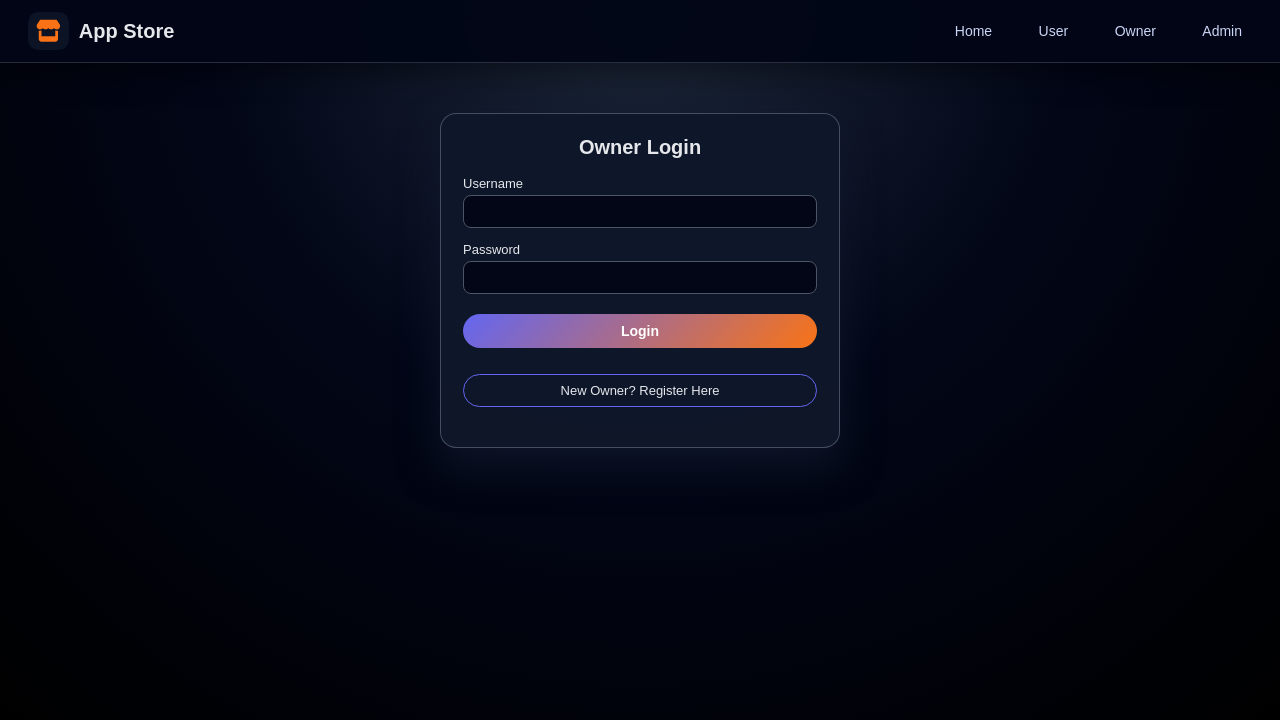
Repository: Harsh91400/Capstone_Project
Page: http://localhost/frontend-service/WEB-INF/views/owner-login.jsp
An editor plug-in stored every save of this project. The page is shown before and after the next save, followed by the edit.
The browser window is 1280 px wide. The pictures show the whole page.
The page is served by Tomcat 9. Nobody is signed in. Other server files are loaded and not shown. The template is opened directly, without the code that normally fills it, so the values that code supplies are empty.

Above is the page before, as saved 2025-12-05 17:09:52.

### spring-eureka-project/frontend-service/src/main/webapp/WEB-INF/views/owner-login.jsp
<%@ taglib uri="http://java.sun.com/jsp/jstl/core" prefix="c" %>
<%@ page contentType="text/html;charset=UTF-8" language="java" %>
<html>
<head>
    <title>Owner Login</title>
    <style>
        body {
            font-family: 'Poppins', sans-serif;
            background: radial-gradient(circle at top, #1e293b 0, #020617 45%, #000 100%);
            margin: 0;
            color: #e5e7eb;
        }
        .container { max-width: 400px; margin: 50px auto; padding: 0 16px; }
        .card {
            background: rgba(15,23,42,0.96);
            border-radius: 16px;
            padding: 22px 22px 24px;
            box-shadow: 0 18px 40px rgba(15,23,42,0.9);
            border: 1px solid rgba(148,163,184,0.4);
        }
        h2 { margin-top: 0; text-align: center; font-size: 20px; }
        .form-group { margin-bottom: 14px; }
        label { font-size: 13px; display: block; margin-bottom: 4px; }
        input[type="text"], input[type="password"] {
            width: 100%; padding: 8px 10px; border-radius: 8px;
            border: 1px solid #4b5563; background: #020617; color:#e5e7eb; font-size:13px;
        }
        input:focus { outline:none; border-color:#6366f1; box-shadow:0 0 0 1px #6366f1; }
        .btn-primary {
            width: 100%; border:none; border-radius:999px; padding:9px 0;
            font-size:14px; background:linear-gradient(135deg,#6366f1,#f97316);
            color:white; cursor:pointer; font-weight:600; margin-top:6px;
        }
        .btn-secondary {
            width:100%; border:1px solid #6366f1; border-radius:999px;
            padding:8px 0; font-size:13px; background:transparent;
            color:#e5e7eb; cursor:pointer; margin-top:10px;
        }
        .msg { margin-bottom:10px; font-size:12px; color:#fca5a5; text-align:center; }
    </style>
</head>
<body>

<jsp:include page="navbar.jsp"/>

<div class="container">
    <div class="card">
        <h2>Owner Login</h2>

        <c:if test="${not empty message}">
            <div class="msg">${message}</div>
        </c:if>

        <form action="${pageContext.request.contextPath}/owners-ui/login" method="post">
            <div class="form-group">
                <label>Username</label>
                <input type="text" name="userName" required />
            </div>
            <div class="form-group">
                <label>Password</label>
                <input type="password" name="password" required />
            </div>
            <button type="submit" class="btn-primary">Login</button>
        </form>

        <form action="${pageContext.request.contextPath}/owners-ui/register" method="get">
            <button type="submit" class="btn-secondary">New Owner? Register Here</button>
        </form>
    </div>
</div>

</body>
</html>

### spring-eureka-project/frontend-service/src/main/webapp/WEB-INF/views/navbar.jsp
<%@ taglib uri="http://java.sun.com/jsp/jstl/core" prefix="c" %>
<style>
    .nav-main {
        background: rgba(2,6,23,0.95);
        backdrop-filter: blur(10px);
        display: flex;
        justify-content: space-between;
        align-items: center;
        padding: 12px 28px;
        box-shadow: 0 10px 30px rgba(0,0,0,0.45);
        font-family: 'Poppins', sans-serif;
        border-bottom: 1px solid rgba(148,163,184,0.25);
    }

    .nav-logo {
        display: flex;
        align-items: center;
        gap: 10px;
        font-size: 20px;
        font-weight: 600;
        color: #e5e7eb;
        cursor: pointer;
        text-decoration: none;
    }

    .nav-logo i {
        font-size: 22px;
        color: #f97316;
        background: rgba(15,23,42,0.8);
        padding: 8px;
        border-radius: 10px;
    }

    .nav-links a {
        color: #cbd5f5;
        font-size: 14px;
        text-decoration: none;
        margin-left: 22px;
        transition: 0.2s ease;
        padding: 6px 10px;
        border-radius: 8px;
    }

    .nav-links a:hover {
        color: #fff;
        background: rgba(99,102,241,0.22);
    }
</style>

<!-- Include Icons -->
<link rel="stylesheet" href="https://cdnjs.cloudflare.com/ajax/libs/font-awesome/6.5.0/css/all.min.css"/>

<div class="nav-main">
    <a href="${pageContext.request.contextPath}/" class="nav-logo">
        <i class="fa-solid fa-store"></i> App Store
    </a>

    <div class="nav-links">
        <a href="${pageContext.request.contextPath}/">Home</a>
        <a href="${pageContext.request.contextPath}/users-ui/login">User</a>
        <a href="${pageContext.request.contextPath}/owners-ui/login">Owner</a>
        <a href="${pageContext.request.contextPath}/admins-ui/login">Admin</a>

        <c:if test="${not empty sessionScope.userName}">
            <a href="${pageContext.request.contextPath}/logout">Logout</a>
        </c:if>
    </div>
</div>

After the next save:
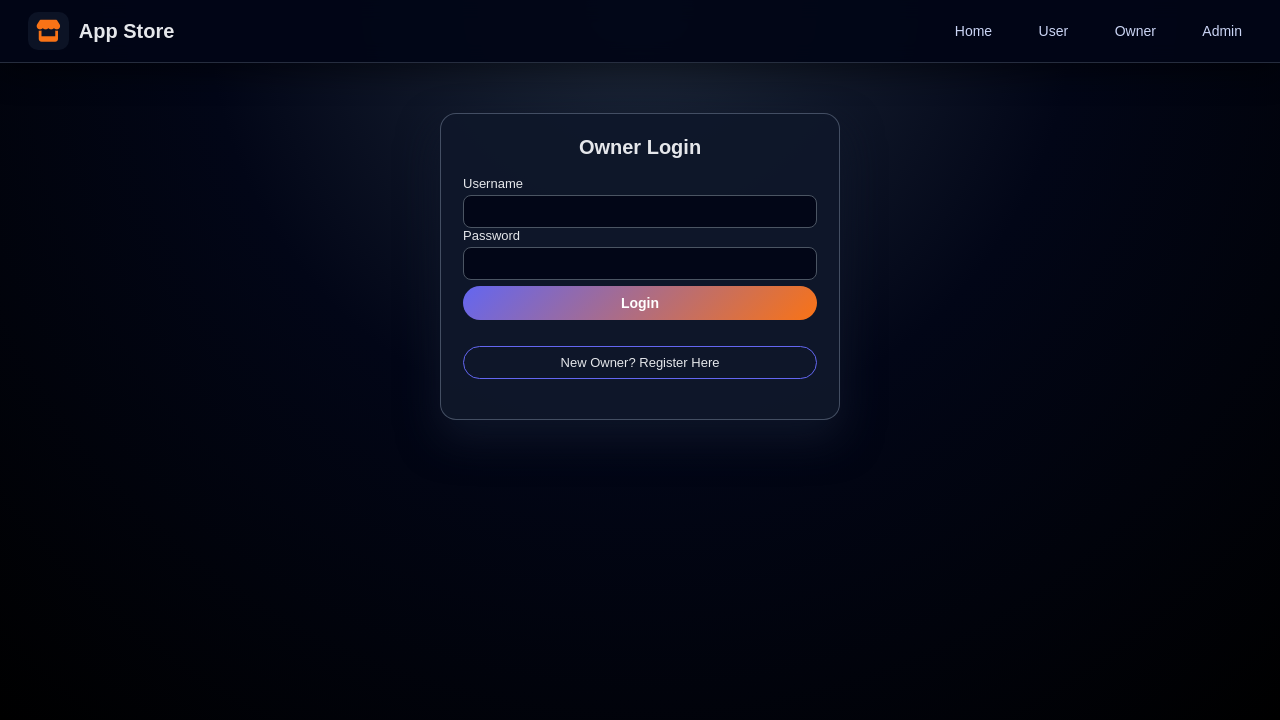
Saved 2 min 36 s later.
--- a/spring-eureka-project/frontend-service/src/main/webapp/WEB-INF/views/owner-login.jsp
+++ b/spring-eureka-project/frontend-service/src/main/webapp/WEB-INF/views/owner-login.jsp
@@ -51,17 +51,18 @@
             <div class="msg">${message}</div>
         </c:if>
 
-        <form action="${pageContext.request.contextPath}/owners-ui/login" method="post">
-            <div class="form-group">
-                <label>Username</label>
-                <input type="text" name="userName" required />
-            </div>
-            <div class="form-group">
-                <label>Password</label>
-                <input type="password" name="password" required />
-            </div>
-            <button type="submit" class="btn-primary">Login</button>
-        </form>
+       <form action="${pageContext.request.contextPath}/owners-ui/login" method="post">
+    <div class="field">
+        <label>Username</label>
+        <input type="text" name="userName" required/>
+    </div>
+    <div class="field">
+        <label>Password</label>
+        <input type="password" name="password" required/>
+    </div>
+    <button type="submit" class="btn-primary">Login</button>
+</form>
+
 
         <form action="${pageContext.request.contextPath}/owners-ui/register" method="get">
             <button type="submit" class="btn-secondary">New Owner? Register Here</button>
